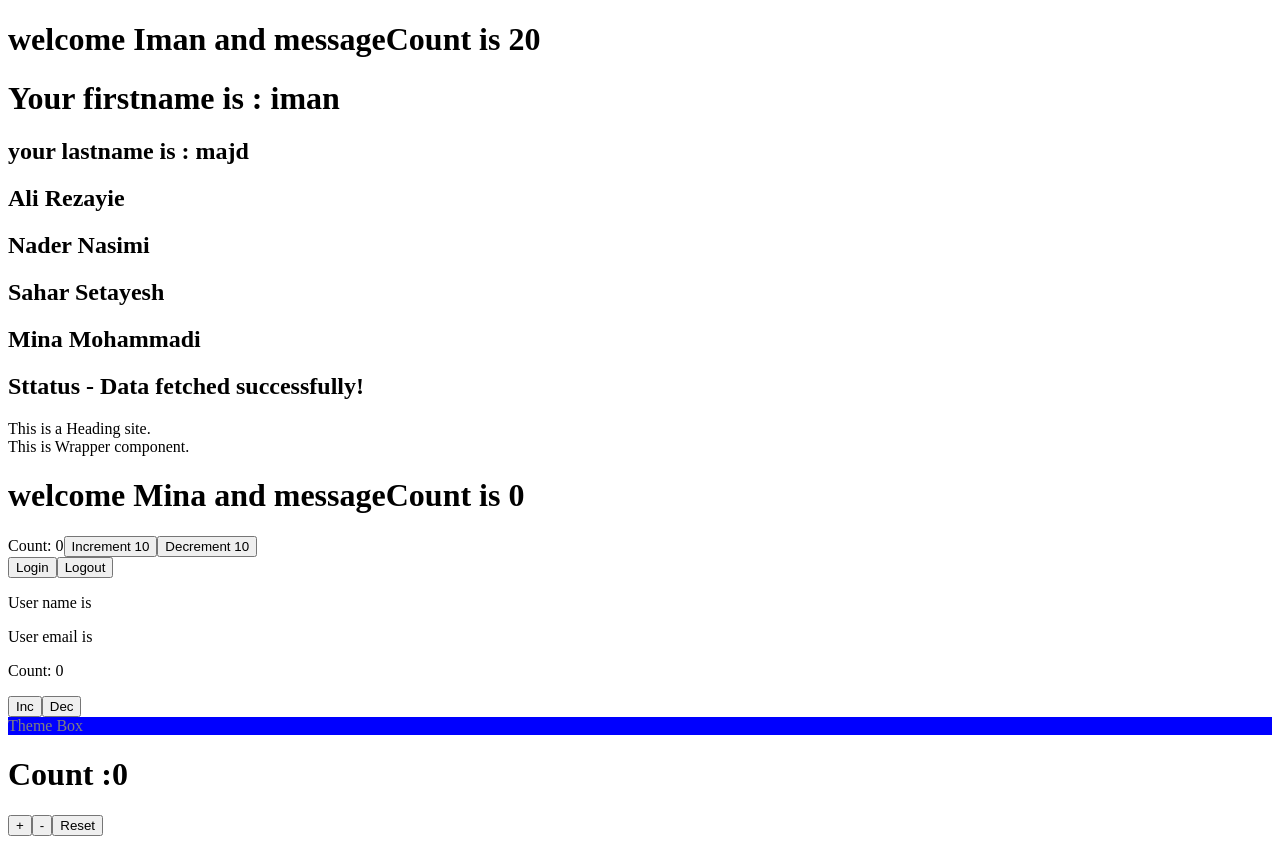
Repository: imangame2125/Typescript-learn-course
Page: /
These files come from the project's save history. The page is drawn as it stood at one moment and after the next save; the edit follows.
The browser window is 1280 px wide. The pictures show the whole page.
The project was rebuilt for these pictures with package versions that can differ from the ones it lists, and the page was loaded fresh each time.

Above is the page before, as saved 2023-10-01 12:14:09.

After the next save:
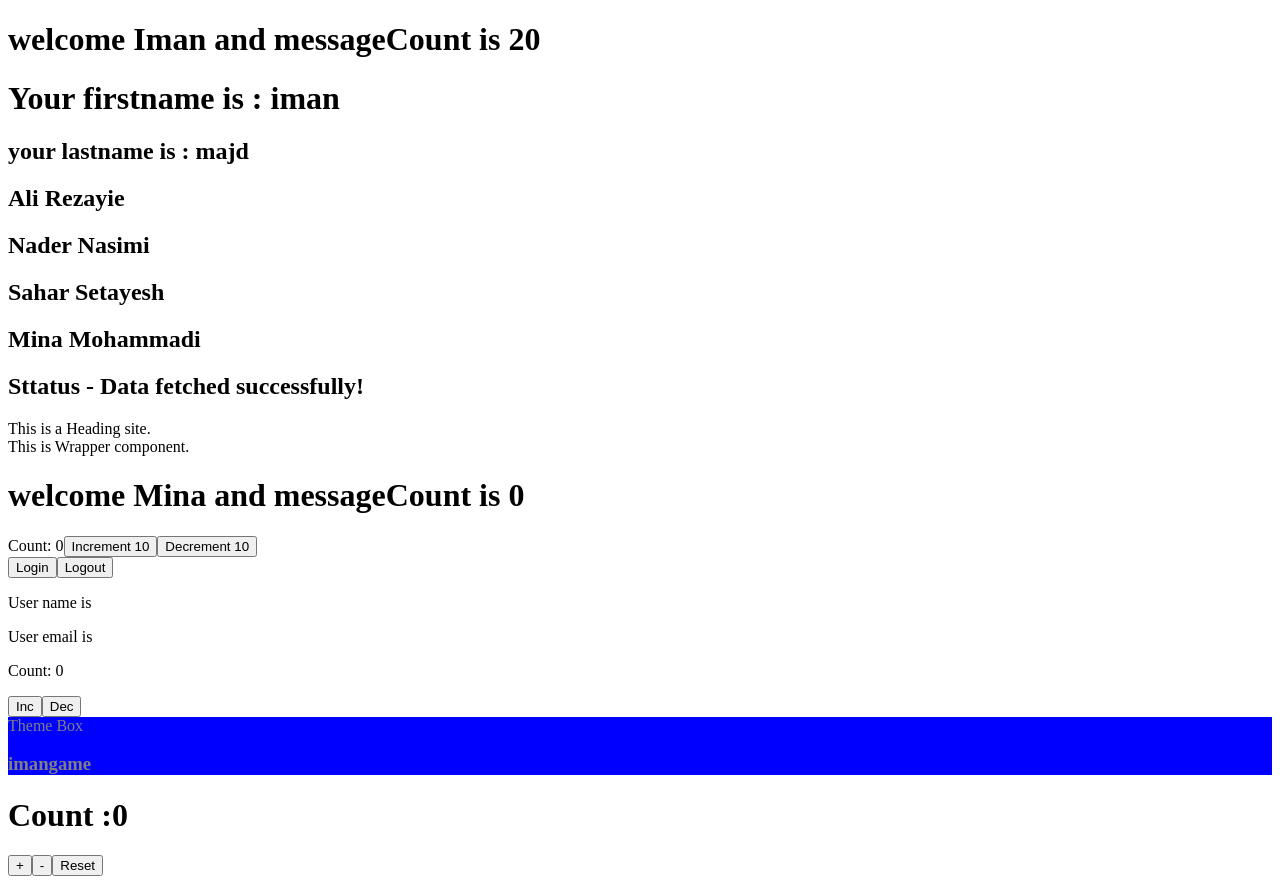
Saved 57 s later.
--- a/src/components/pages/Box.tsx
+++ b/src/components/pages/Box.tsx
@@ -8,6 +8,8 @@ const Box = () => {
       style={{ background: theme.primary.main, color: theme.secondary.text }}
     >
       Theme Box
+
+      <h3>imangame</h3>
     </div>
   );
 };
